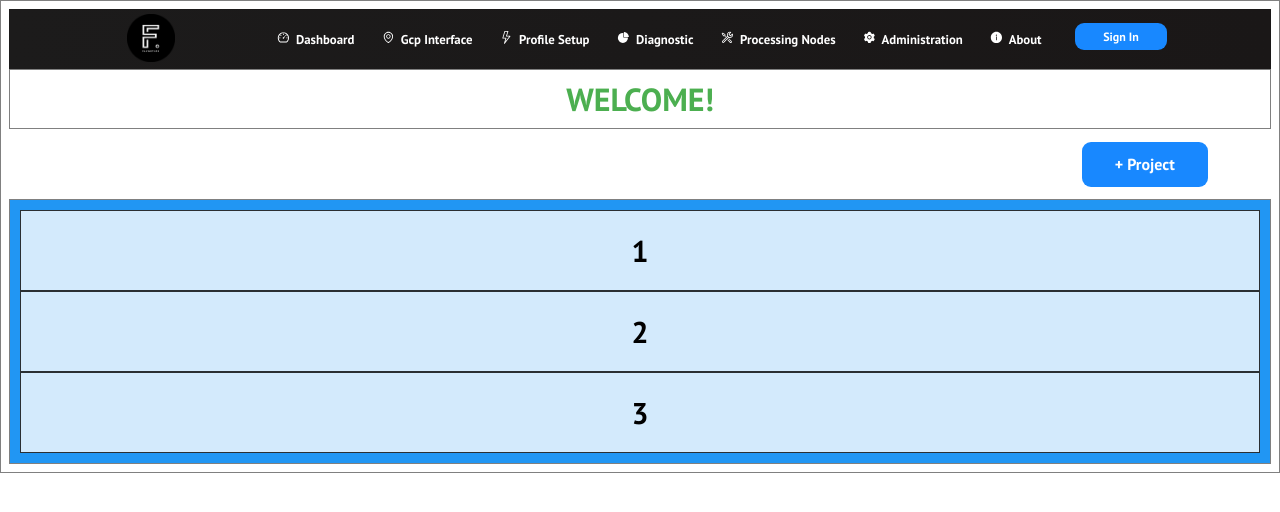
Repository: Akshaykumar1111/akki
Page: /Dashboard
An editor plug-in stored every save of this project. The page is shown before and after the next save, followed by the edit.
The browser window is 1280 px wide. The pictures show the whole page.
Some web libraries are served in a nearby version. The project was rebuilt for these pictures with package versions that can differ from the ones it lists, and the page was loaded fresh each time. Also part of the build but not shown: src/components/pages/Administration.css, src/components/pages/Administration.js, src/components/pages/Diagnostic.js, src/components/pages/ProfileSetup.js, src/components/pages/GcpInterface.js, src/components/pages/ProcessingNodes.js, src/components/pages/About.js, src/components/pages/Popup.css and 7 more.

Above is the page before, as saved 2022-10-20 12:36:17.

### src/App.css
* {
  box-sizing: border-box;
  margin: 0;
  padding: 0;
  font-family: 'PT Sans', sans-serif;
}

.home,
.Diagnostic,
.Dashboard,
.ProfileSetup,
.GcpInterface,
.ProcessingNodes,
.products,
.Administration,
.DeveloperTools,
.About,
.sign-up,
.SigUp,
.Forgot,
.marketing,
.consulting {
  display: flex;
  height: 961.3px;
  align-items: center;
  justify-content: center;
  font-size: 2rem;
}


.map-container{
  width: 100%;
  height: 100%;
}

.Dashboard {
  background-image: url('./images/img-1.jpg');
  background-position: center;
  background-size: cover;
  background-repeat: no-repeat;
  color: #fff;
  font-size: 100px;

  margin-bottom: 10px;
}

.GcpInterface {
  background-image: url('./images/img-2.jpg');
  background-position: center;
  background-size: cover;
  background-repeat: no-repeat;
  color: #fff;
  font-size: 100px;
}

.Diagnostic {
  background-image: url('./images/img-3.jpg');
  background-position: center;
  background-size: fill;
  background-repeat: no-repeat;
  color: #fff;
  font-size: 100px;
}

.ProfileSetup {
  background-image: url('./images/img-4.jpg');
  background-position: center;
  background-size: cover;
  background-repeat: no-repeat;
  color: #fff;
  font-size: 100px;
}

.sign-up {
  background-image: url('./images/img-7.jpg');
  background-position: center;
  background-size: cover;
  background-repeat: no-repeat;
  color: #fff;
  font-size: 100px;
}

.marketing {
  background-image: url('./images/img-6.jpg');
  background-position: center;
  background-size: cover;
  background-repeat: no-repeat;
  color: #fff;
  font-size: 100px;
}

.consulting {
  background-image: url('./images/img-5.jpg');
  background-position: bottom;
  background-size: cover;
  background-repeat: no-repeat;
  color: #fff;
  font-size: 100px;
}

### src/components/pages/Dashboard.js

import React from 'react';
import '../../App.css';
import '../Button.css';
import './Dashboard.css';

export default function Dashboard() {
  return ( <>
  <div>
  <h1>welcome!</h1>


</div>
  <button type="button" className='btn projectbtn'>+ Project</button>
  <div class="grid-container">
  <div class="grid-item">1</div>
  <div class="grid-item">2</div>
  <div class="grid-item">3</div>

</div>
  </>
  )
 }

### src/components/Button.js
import React from 'react';
import './Button.css';
import { Link } from 'react-router-dom';

export function Button() {
  return (
    <Link to='sign-In'>
      <button className='btn'>Sign In</button>
    </Link>
  );
}

### src/components/Navbar.css
.navbar {

  height: 70px;
  display: flex;
  justify-content: center;
  align-items: center;
  font-size: 1.2rem;


}
.nav-bg1{
  background-color: rgba(42, 41, 41, 0.606);
  }
.nav-bg2{
  background: linear-gradient(90deg, rgb(28, 27, 27) 0%, rgb(26, 23, 23) 100%);

}

.navbar-logo {
  color: #fff;
  justify-self: start;
  margin-left: 20px;
  cursor: pointer;
  text-decoration: none;
  font-size: 2rem;
}

.fa-firstdraft {
    margin-left: -18%;
    font-size: 1rem;
    height: 4rem;
    width: 4rem;
    text-align: center;
    margin-top: 12%;
    margin-left: -190%;
}
/* .log-img{
  width: 8%;
} */
.nav-menu {
  display: grid;
  grid-template-columns: repeat(8, auto);
  grid-gap: 10px;
  list-style: none;
  text-align: center;
  width: 70vw;
  justify-content: end;
  margin-right: 2rem;
}

.nav-item {
  display: flex;
  align-items: center;
  height: 80px;
  margin-top: 8%;
  display: flex;
}

.nav-links {
  color: white;
  text-decoration: none;
  padding: 0.5rem 1rem;
}

.nav-links:hover {
  background-color: #1888ff;
  border-radius: 4px;
  transition: all 0.2s ease-out;
}

.fa-bars {
  color: #fff;
}

.nav-links-mobile {
  display: none;
}

.menu-icon {
  display: none;
}
.li1{
  margin-top: 9%;
}

.li2{
  margin-top: 8%;
}
.li4{
  margin-top: 9%;
}
.li5{
  margin-top: 6.5%;
}
.li6{
  margin-top: 7.3%;
}
.li7{
  margin-top: 12.4%;
}
.li8{
  margin-top: 7%;
}

.nav-links1 {
  color: white;
  text-decoration: none;
  padding: 0.5rem 1rem;
}






@media screen and (max-width: 1648px) {
  .navbar {
    /* background: linear-gradient(90deg, rgb(28, 27, 27) 0%, rgb(26, 23, 23) 100%); */
    height: 60px;
    display: flex;
    justify-content: center;
    align-items: center;
    font-size: 0.8rem;
  }
  .nav-bg1{
    background-color: rgba(42, 41, 41, 0.606);
    }
  .nav-bg2{
    background: linear-gradient(90deg, rgb(28, 27, 27) 0%, rgb(26, 23, 23) 100%);

  }
  .navbar-logo {
    color: #fff;
    justify-self: start;
    margin-left: 20px;
    cursor: pointer;
    text-decoration: none;
    font-size: 1.5rem;
    padding-right: 1%;
  }

  .fa-firstdraft {
    margin-left: -6%;
    font-size: 1rem;
    height: 3rem;
    width: 3rem;
    text-align: center;
    margin-top: 12%;
}

  .nav-menu {
    display: grid;
    grid-template-columns: repeat(8, auto);
    grid-gap: 8px;
    list-style: none;
    text-align: center;
    width: 75vw;
    justify-content: end;
    margin-right: 1.2rem;
  }

  .nav-item {
    display: flex;
    align-items: center;
    height: 75px;
  }

  .nav-links {
    color: white;
    text-decoration: none;
    padding: 0.5rem 0.6rem;
  }

  .nav-links1 {
    color: white;
    text-decoration: none;
    padding: 0.5rem 1rem;
  }

  .nav-links:hover {
    background-color: #1888ff;
    border-radius: 4px;
    transition: all 0.2s ease-out;
  }

  .fa-bars {
    color: #fff;
  }

  .nav-links-mobile {
    display: none;
  }

  .menu-icon {
    display: none;
  }
  .li1{
    margin-top: 9%;
  }

  .li2{
    margin-top: 8%;
  }
  .li4{
    margin-top: 9%;
  }
  .li5{
    margin-top: 6.5%;
  }
  .li6{
    margin-top: 7.3%;
  }
  .li7{
    margin-top: 12.4%;
  }
  .li8{
    margin-top: 7%;
  }

}



@media screen and (max-width: 961px) {
  .NavbarItems {
    position: relative;
  }

  .nav-menu {
    display: flex;
    flex-direction: column;
    width: 100%;
    height: 90vh;
    position: absolute;
    top: 80px;
    left: -100%;
    opacity: 1;
    transition: all 0.5s ease;
  }

  .nav-menu.active {
    background: #242222;
    left: 0;
    opacity: 1;
    transition: all 0.5s ease;
    z-index: 1;
  }

  .nav-links {
    text-align: center;
    padding: 0rem;
    width: 100%;
    display: table;
    margin-top: -1%;
  }

  .nav-links1 {
    color: white;
    text-decoration: none;
    padding: 0.5rem 1rem;
  }


  .nav-links:hover {
    background-color: #1888ff;
    border-radius: 0;
  }

  .navbar-logo {
    position: absolute;
    top: 0;
    left: 0;
    transform: translate(25%, 50%);
  }

  .menu-icon {
    display: block;
    position: absolute;
    top: -8px;
    right: 0;
    transform: translate(-100%, 60%);
    font-size: 1.8rem;
    cursor: pointer;
  }

  .fa-times {
    color: #fff;
    font-size: 2rem;
  }
  .nav-item {
    display: flex;
    align-items: center;
    height: 88px;
    font-size: 155%;
}

  .nav-links-mobile {
    display: block;
    text-align: center;
    /* padding: 1.5rem; */
    margin: 0rem auto;
    border-radius: 16px;
    width: 50%;
    background: #1888ff;
    text-decoration: none;
    color: #fff;
    font-size: 1.2rem;
    height: 55px;
    margin-bottom: 2%;
    padding-top: 2%;
  }

  .nav-links-mobile:hover {
    background: #fff;
    color: #1888ff;
    transition: 250ms;
  }

  .nav-Button{
    margin-top: 14%;
  }
  /* button {
    display: none;
  } */
  .fa-firstdraft {
    margin-left: 85%;
    font-size: 1rem;
    height: 3rem;
    width: 3rem;
    text-align: center;
    margin-top: -28%;
}
.li1{
  margin-top: 9%;
}

.li2{
  margin-top: 8%;
}
.li4{
  margin-top: 9%;
}
.li5{
  margin-top: 6.5%;
}
.li6{
  margin-top: 7.3%;
}
.li7{
  margin-top: 12.4%;
}
.li8{
  margin-top: 7%;
}

}



@media screen and (max-width: 480px) {
  .NavbarItems {
    position: relative;
  }

  .nav-menu {
    display: flex;
    flex-direction: column;
    width: 100%;
    height: 90vh;
    position: absolute;
    top: 80px;
    left: -100%;
    opacity: 1;
    transition: all 0.5s ease;
  }

  .nav-menu.active {
    background: #242222;
    left: 0;
    opacity: 1;
    transition: all 0.5s ease;
    z-index: 1;
  }

  .nav-links {
    text-align: center;
    padding: 0rem;
    width: 100%;
    display: table;
    margin-top: -1%;
  }

  .nav-links1 {
    color: white;
    text-decoration: none;
    padding: 0.5rem 1rem;
  }


  .nav-links:hover {
    background-color: #1888ff;
    border-radius: 0;
  }

  .navbar-logo {
    position: absolute;
    top: 0;
    left: 0;
    transform: translate(25%, 50%);
  }

  .menu-icon {
    display: block;
    position: absolute;
    top: -8px;
    right: 0;
    transform: translate(-100%, 60%);
    font-size: 1.8rem;
    cursor: pointer;
  }

  .fa-times {
    color: #fff;
    font-size: 2rem;
  }
  .nav-item {
    display: flex;
    align-items: center;
    height: 88px;
    font-size: 155%;
}

  .nav-links-mobile {
    display: block;
    text-align: center;
    /* padding: 1.5rem; */
    margin: 0rem auto;
    border-radius: 16px;
    width: 50%;
    background: #1888ff;
    text-decoration: none;
    color: #fff;
    font-size: 1.2rem;
    height: 55px;
    margin-bottom: 2%;
    padding-top: 2%;
  }

  .nav-links-mobile:hover {
    background: #fff;
    color: #1888ff;
    transition: 250ms;
  }

  .nav-Button{
    margin-top: 14%;
  }
  /* button {
    display: none;
  } */
  .fa-firstdraft {
    margin-left: 50%;
    font-size: 1rem;
    height: 3rem;
    width: 3rem;
    text-align: center;
    margin-top: -28%;
}
.li1{
  margin-top: 9%;
}

.li2{
  margin-top: 8%;
}
.li4{
  margin-top: 9%;
}
.li5{
  margin-top: 6.5%;
}
.li6{
  margin-top: 7.3%;
}
.li7{
  margin-top: 12.4%;
}
.li8{
  margin-top: 7%;
}

}

/* <-----------sticky navbar----------> */
/* .sticky{
  position: fixed;
  top: 0;
  left: 0;
  width: 100%;
  height: 5rem;
  padding-top: 0;
  padding-bottom: 0;
  box-shadow: 0 0 2rem 0 rgb(0,0,0,5);
} */
/* <-----------sticky navbar end----------> */

### src/components/Button.css
:root {
  --primary: #1888ff;
}

.btn {
  padding: 6px 9px;
  border-radius: 4px;
  outline: none;
  border: none;
  font-size: 15px;
  color: #fff;
  cursor: pointer;
  background-color: var(--primary);
  margin-top: 33%;
}
.projectbtn {
  font-size: 150%;
  /* padding: 0.5% 0.1% 0.5% 0.1%; */
  width: 10%;
  margin-top: 1%;
  margin-left: 89%;
}

.btn:hover {
  padding: 5px 9px;
  transition: all 0.3s ease-out;
  background-color: transparent;
  color: #fff;
  border-radius: 4px;
  border: 2px solid var(--primary);
  transition: all 0.3s ease-out;
}
@media screen and (max-width: 1140px) {
  .NavbarItems {
    position: relative;
  }
  :root {
    --primary: #1888ff;
  }

  .btn {
    padding: 6px 12px;
    border-radius: 9px;
    outline: none;
    border: none;
    font-size: 12px;
    color: #fff;
    cursor: pointer;
    background-color: var(--primary);
    margin-top: 36%;
  }
  .projectbtn {
    font-size: 150%;
    /* padding: 0.5% 0.1% 0.5% 0.1%; */
    width: 10%;
    margin-top: 1%;
    margin-left: 89%;
  }

  .btn:hover {
    padding: 6px 18px;
    transition: all 0.3s ease-out;
    background-color: transparent;
    color: #fff;
    border-radius: 4px;
    border: 2px solid var(--primary);
    transition: all 0.3s ease-out;
  }
}

@media screen and (max-width: 1648px) {
  .NavbarItems {
    position: relative;
  }
  :root {
    --primary: #1888ff;
  }

  .btn {
    padding: 6px 12px;
    border-radius: 9px;
    outline: none;
    border: none;
    font-size: 12px;
    color: #fff;
    cursor: pointer;
    background-color: var(--primary);
    margin-top: 26%;
  }
  .projectbtn {
    font-size: 100%;
    padding: 1% 0.1% 1% 0.1%;
    width: 10%;
    margin-top: 1%;
    margin-left: 85%;
  }

  .btn:hover {
    padding: 6px 18px;
    transition: all 0.3s ease-out;
    background-color: transparent;
    color: #fff;
    border-radius: 4px;
    border: 2px solid var(--primary);
    transition: all 0.3s ease-out;
  }
}




@media screen and (max-width: 961px) {
  .NavbarItems {
    position: relative;
  }
  :root {
    --primary: #1888ff;
  }

  .btn {

    border-radius: 9px;
    outline: none;
    border: none;
    font-size: 12px;
    color: #fff;
    cursor: pointer;
    background-color: var(--primary);
    width: auto;
    margin-top: 3%;
  }
  .projectbtn {
    font-size: 100%;
    padding: 1.5% 0.1% 1.5% 0.1%;
    width: 10%;
    margin-top: 1%;
    margin-left: 86%;
  }

  .btn:hover {
    padding: 0px 0px;
    transition: all 0.3s ease-out;
    background-color: transparent;
    color: #fff;
    border-radius: 4px;
    border: 2px solid var(--primary);
    transition: all 0.3s ease-out;
  }
}

### src/components/pages/Dashboard.css
.grid-container {
    display: grid;
    grid-template-rows: auto auto auto;
    background-color: #2196F3;
    padding: 10px;
  }
  .grid-item {
    background-color: rgba(255, 255, 255, 0.8);
    border: 1px solid rgba(0, 0, 0, 0.8);
    padding: 20px;
    font-size: 30px;
    text-align: center;
  }
  div {
    border: 1px solid gray;
    padding: 8px;
  }

  h1 {
    text-align: center;
    text-transform: uppercase;
    color: #4CAF50;
  }

### src/components/pages/Signin.css
.sign-ups{
    display: flex;
    height: 33px;
    align-items: center;
    justify-content: center;
    font-size: 3rem;
    margin-top: -9px;
    color:whitesmoke;
    text-shadow: 2px 2px 15px white;
  }
  body {font-family: Arial, Helvetica, sans-serif;}
  /* The Modal (background) */
  .Main-login-Div {
  width: 100%;
  height: 100%;
  background-color: rgba(0,0,0,0.4);

  padding:10% 20% 5.6% 20%;

  background-image: url('../../images/abhi.jpg');
  background-size: cover;


  }

  /* input[type=text], input[type=password] {
  width: 100%;
  padding: 12px 20px;
  margin: 12px 0;
  display: inline-block;
  border: 1px solid #ccc;
  box-sizing: border-box;
  } */
  .input[type=text], .input[type=password] {
    width: 100%;
    padding: 12px 20px;
    margin: 12px 0;
    display: inline-block;
    border: 1px solid #ccc;
    box-sizing: border-box;
    }

  /* Set a style for all buttons */
  button {
  background-color: var(--primary);
  color: white;
  padding: 14px 20px;
  margin: 12px 0;
  border: none;
  cursor: pointer;
  width: 100%;
  border-radius: 10px;

  }


  button:hover {
  opacity: 0.8;
  }

  .nav-links-mobile {
    display: none;
  }

  /* Extra styles for the cancel button */
  .cancelbtn {
  width: auto;
  padding: 10px 18px;
  background-color: #f44336;
  border-radius: 9%;
  }

  .Signupbtn{
  width: auto;
  padding: 10px 18px;
  background-color: var(--primary);
  text-align: center;
  border-radius: 9%;
  }

  /* Center the image and position the close button */
  .imgcontainer  {
  text-align: center;
  margin: 24px 0 12px 0;
  position: relative;
  }

  img.avatar {
  width: 40%;
  border-radius: 50%;
  }

  .container {
  padding: 16px;
  /* text-align: right; */

  }
  .cont2{
    margin-left: 75px;
  }

  .container5 {

  /* text-align: right; */
  width: 100%;
  display: flex;
  /* height: 10%; */

  }

  .container1 {
  padding: 16px;

  width: 80%;

  }
  .container2 {
  width: 20%;
  text-align: right;
  padding: 16px;

  }







  span.psw {
  float: right;
  padding-top: 16px;
  }



  /* Modal Content/Box */
  .modal-content {
  background-color: #fefefe;
  margin: 5% auto 15% auto; /* 5% from the top, 15% from the bottom and centered */
  border: 1px solid #888;
  width: 80%; /* Could be more or less, depending on screen size */
  border-radius: 18px;
  }

  /* The Close Button (x) */
  .close {
  position: absolute;
  right: 25px;
  top: 0;
  color: #000;
  font-size: 35px;
  font-weight: bold;
  }

  .close:hover,
  .close:focus {
  color: red;
  cursor: pointer;
  }

  /* Add Zoom Animation */
  .animate {
  -webkit-animation: animatezoom 0.6s;
  animation: animatezoom 0.6s
  }

  @-webkit-keyframes animatezoom {
  from {-webkit-transform: scale(0)}
  to {-webkit-transform: scale(1)}
  }

  @keyframes animatezoom {
  from {transform: scale(0)}
  to {transform: scale(1)}
  }


  /* /////////////////////////////////////////////////////////////////////////////////////////////////////////////////// */
  @media screen and (max-width: 961px){
  .sign-ups{
    display: flex;
    height: 33px;
    align-items: center;
    justify-content: center;
    font-size: 3rem;
    margin-top: -9px;
    color:whitesmoke;
    text-shadow: 2px 2px 15px white;
  }
  body {font-family: Arial, Helvetica, sans-serif;}
  /* The Modal (background) */
  .Main-login-Div {
  width: 100%; /* Full width */
  height: 100%; /* Full height */
  background-color: rgba(0,0,0,0.4); /* Black w/ opacity */
  padding-top: 15%;
  padding-bottom: 2%;

  background-image: url('../../images/abhi.jpg');
  background-size: cover;


  }

  .input2[type=text], .input2[type=password] {
  width: 80%;
  padding: 12px 20px;
  margin: 12px 0;
  display: inline-block;
  border: 1px solid #ccc;
  box-sizing: border-box;
  }

  /* Set a style for all buttons */
  button {
  background-color: var(--primary);
  color: white;
  padding: 14px 20px;
  margin: 12px 0;
  border: none;
  cursor: pointer;
  width: 100%;
  border-radius: 10px;
  }


  button:hover {
  opacity: 0.8;
  }

  /* Extra styles for the cancel button */
  .cancelbtn {
  /* width: auto; */
  padding: 10px 18px;
  background-color: #f44336;
  }

  .Signupbtn{
  /* width: auto; */
  padding: 10px 18px;
  background-color: var(--primary);
  text-align: center;

  }

  /* Center the image and position the close button */
  .imgcontainer  {
  text-align: center;
  margin: 24px 0 12px 0;
  position: relative;
  }

  img.avatar {
  width: 40%;
  border-radius: 50%;
  }

  .container {
  padding: 16px;
  /* text-align: right; */

  }

  .container5 {

  /* text-align: right; */
  width: 100%;
  display: flex;
  /* height: 10%; */

  }

  .container1 {
  padding: 16px;

  width: 80%;

  }
  .container2 {
  width: 50%;
  text-align: right;
  padding: 16px;

  }








  span.psw {
  float: right;
  padding-top: 16px;
  }



  /* Modal Content/Box */
  .modal-content {
  background-color: #fefefe;
  margin: 5% auto 15% auto; /* 5% from the top, 15% from the bottom and centered */
  border: 1px solid #888;
  width: 80%; /* Could be more or less, depending on screen size */
  border-radius: 18px;
  }

  /* The Close Button (x) */
  .close {
  position: absolute;
  right: 25px;
  top: 0;
  color: #000;
  font-size: 35px;
  font-weight: bold;
  }

  .close:hover,
  .close:focus {
  color: red;
  cursor: pointer;
  }

  /* Add Zoom Animation */
  .animate {
  -webkit-animation: animatezoom 0.6s;
  animation: animatezoom 0.6s
  }

  @-webkit-keyframes animatezoom {
  from {-webkit-transform: scale(0)}
  to {-webkit-transform: scale(1)}
  }

  @keyframes animatezoom {
  from {transform: scale(0)}
  to {transform: scale(1)}
  }
  }
  @media screen and (max-width: 300px) {
    span.psw {
       display: block;
       float: none;
    }
    .cancelbtn {
       width: 100%;
    }
  }

  @media screen and (max-width: 610px){
    .sign-ups{
      display: flex;
      height: 33px;
      align-items: center;
      justify-content: center;
      font-size: 2rem;
      margin-top: -9px;
      color:whitesmoke;
      text-shadow: 2px 2px 15px white;
    }
    body {font-family: Arial, Helvetica, sans-serif;}
    /* The Modal (background) */
    .Main-login-Div {
    width: 100%; /* Full width */
    height: 100%; /* Full height */
    background-color: rgba(0,0,0,0.4); /* Black w/ opacity */
    padding-top: 15%;
    padding-bottom: 2%;

    background-image: url('../../images/abhi.jpg');
    background-size: cover;


    }

    .input[type=text], .input[type=password] {
    width: 100%;
    padding: 12px 20px;
    margin: 12px 0;
    display: inline-block;
    border: 1px solid #ccc;
    box-sizing: border-box;
    }

    /* Set a style for all buttons */
    /* button {
    background-color: var(--primary);
    color: white;
    padding: 14px 20px;
    margin: 12px 0;
    border: none;
    cursor: pointer;
    width: 126%;
    } */
    .button {
      background-color: var(--primary);
      color: white;
      padding: 14px 20px;
      margin: 12px 0;
      border: none;
      cursor: pointer;
      width: 100%;
      border-radius: 10px;
      }



    button:hover {
    opacity: 0.8;
    }

    /* Extra styles for the cancel button */
    .cancelbtn {
    /* width: auto; */
    padding: 7px 14px;
    background-color: #f44336;
    }
    .cont2{
      margin-left: 75px;

    }
    .Signupbtn{
    /* width: auto; */
    padding: 3px 11px;
    background-color: var(--primary);
    text-align: center;
    font-size: 14px;

    }
    .Forgot-password{
      font-size: 12px;
    }

    /* Center the image and position the close button */
    .imgcontainer  {
    text-align: center;
    margin: 24px 0 12px 0;
    position: relative;
    }

    img.avatar {
    width: 40%;
    border-radius: 50%;
    }

    .container {
    padding: 16px;
    /* text-align: right; */
    width: 100%;

    }

    .container5 {

    /* text-align: right; */
    width: 100%;
    display: flex;
    /* height: 10%; */

    }

    .container1{
    padding: 16px;

    width: 80%;

    }
    .container2 {
    width: 50%;
    text-align: right;
    padding: 16px;

    }








    span.psw1 {
    float: right;
    padding-top: 16px;
    }



    /* Modal Content/Box */
    .modal-content {
    background-color: #fefefe;
    margin: 5% auto 15% auto; /* 5% from the top, 15% from the bottom and centered */
    border: 1px solid #888;
    width: 80%; /* Could be more or less, depending on screen size */
    border-radius: 18px;
    }

    /* The Close Button (x) */
    .close {
    position: absolute;
    right: 25px;
    top: 0;
    color: #000;
    font-size: 35px;
    font-weight: bold;
    }

    .close:hover,
    .close:focus {
    color: red;
    cursor: pointer;
    }

    /* Add Zoom Animation */
    .animate {
    -webkit-animation: animatezoom 0.6s;
    animation: animatezoom 0.6s
    }

    @-webkit-keyframes animatezoom {
    from {-webkit-transform: scale(0)}
    to {-webkit-transform: scale(1)}
    }

    @keyframes animatezoom {
    from {transform: scale(0)}
    to {transform: scale(1)}
    }
    }

    @media screen and (max-width: 523px){
      .sign-ups{
        display: flex;
        height: 33px;
        align-items: center;
        justify-content: center;
        font-size: 1.5rem;
        margin-top: -9px;
        color:whitesmoke;
        text-shadow: 2px 2px 15px white;
      }
      body {font-family: Arial, Helvetica, sans-serif;}
      /* The Modal (background) */
      .Main-login-Div {
      width: 100%; /* Full width */
      height: 100%; /* Full height */
      background-color: rgba(0,0,0,0.4); /* Black w/ opacity */
      padding-top: 15%;
      padding-bottom: 2%;

      background-image: url('../../images/abhi.jpg');
      background-size: cover;


      }

      .input[type=text], .input[type=password] {
      width: 100%;
      padding: 12px 20px;
      margin: 12px 0;
      display: inline-block;
      border: 1px solid #ccc;
      box-sizing: border-box;
      }

      /* Set a style for all buttons */
      /* button {
      background-color: var(--primary);
      color: white;
      padding: 14px 20px;
      margin: 12px 0;
      border: none;
      cursor: pointer;
      width: 126%;
      } */
      .button {
        background-color: var(--primary);
        color: white;
        padding: 14px 20px;
        margin: 12px 0;
        border: none;
        cursor: pointer;
        width: 100%;
        border-radius: 10px;

        }



      button:hover {
      opacity: 0.8;
      }

      /* Extra styles for the cancel button */
      .cancelbtn {
      /* width: auto; */
      padding: 7px 14px;
      background-color: #f44336;
      }
      .cont2{
        margin-left: 30px;

      }
      .Signupbtn{
      /* width: auto; */
      padding: 3px 11px;
      background-color: var(--primary);
      text-align: center;
      font-size: 14px;

      }
      .Forgot-password{
        font-size: 12px;
      }

      /* Center the image and position the close button */
      .imgcontainer  {
      text-align: center;
      margin: 24px 0 12px 0;
      position: relative;
      }

      img.avatar {
      width: 40%;
      border-radius: 50%;
      }

      .container {
      padding: 16px;
      /* text-align: right; */
      width: 100%;

      }

      .container5 {

      /* text-align: right; */
      width: 100%;
      display: flex;
      /* height: 10%; */

      }

      .container1{
      padding: 16px;

      width: 80%;

      }
      .container2 {
      width: 50%;
      text-align: right;
      padding: 16px;

      }








      span.psw1 {
      float: right;
      padding-top: 16px;
      }



      /* Modal Content/Box */
      .modal-content {
      background-color: #fefefe;
      margin: 5% auto 15% auto; /* 5% from the top, 15% from the bottom and centered */
      border: 1px solid #888;
      width: 80%; /* Could be more or less, depending on screen size */
      border-radius: 18px;
      }

      /* The Close Button (x) */
      .close {
      position: absolute;
      right: 25px;
      top: 0;
      color: #000;
      font-size: 35px;
      font-weight: bold;
      }

      .close:hover,
      .close:focus {
      color: red;
      cursor: pointer;
      }

      /* Add Zoom Animation */
      .animate {
      -webkit-animation: animatezoom 0.6s;
      animation: animatezoom 0.6s
      }

      @-webkit-keyframes animatezoom {
      from {-webkit-transform: scale(0)}
      to {-webkit-transform: scale(1)}
      }

      @keyframes animatezoom {
      from {transform: scale(0)}
      to {transform: scale(1)}
      }

      }

Loaded but not shown: public/index.html (common file); src/index.js (common file); src/components/Navbar.js (179 lines, source omitted); src/App.js (57 lines, source omitted)

After the next save:
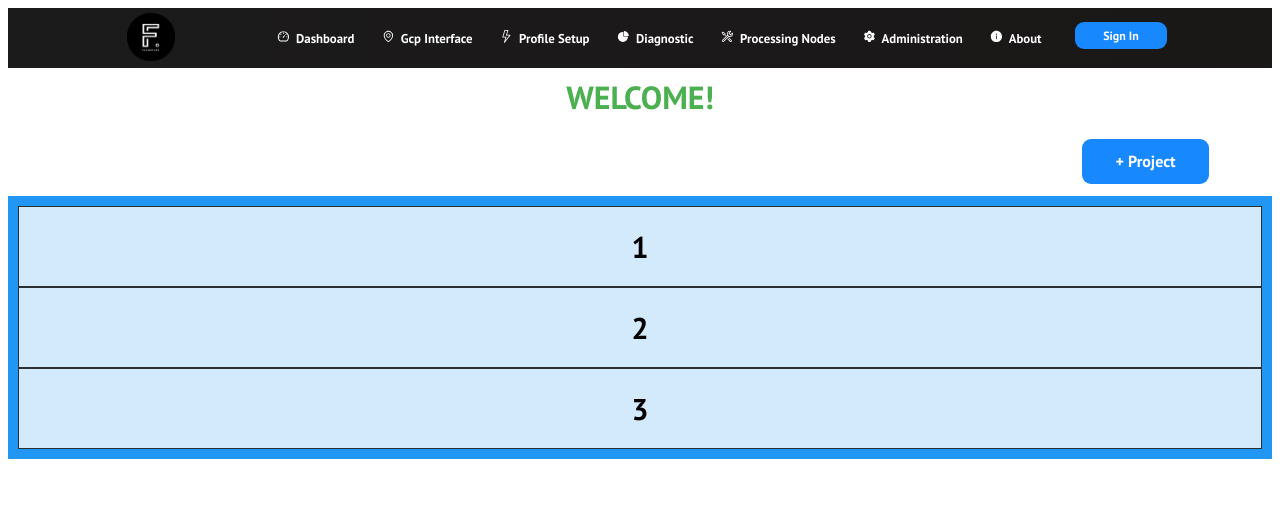
Saved 18 s later.
--- a/src/components/pages/Dashboard.css
+++ b/src/components/pages/Dashboard.css
@@ -12,7 +12,6 @@
     text-align: center;
   }
   div {
-    border: 1px solid gray;
     padding: 8px;
   }
 
